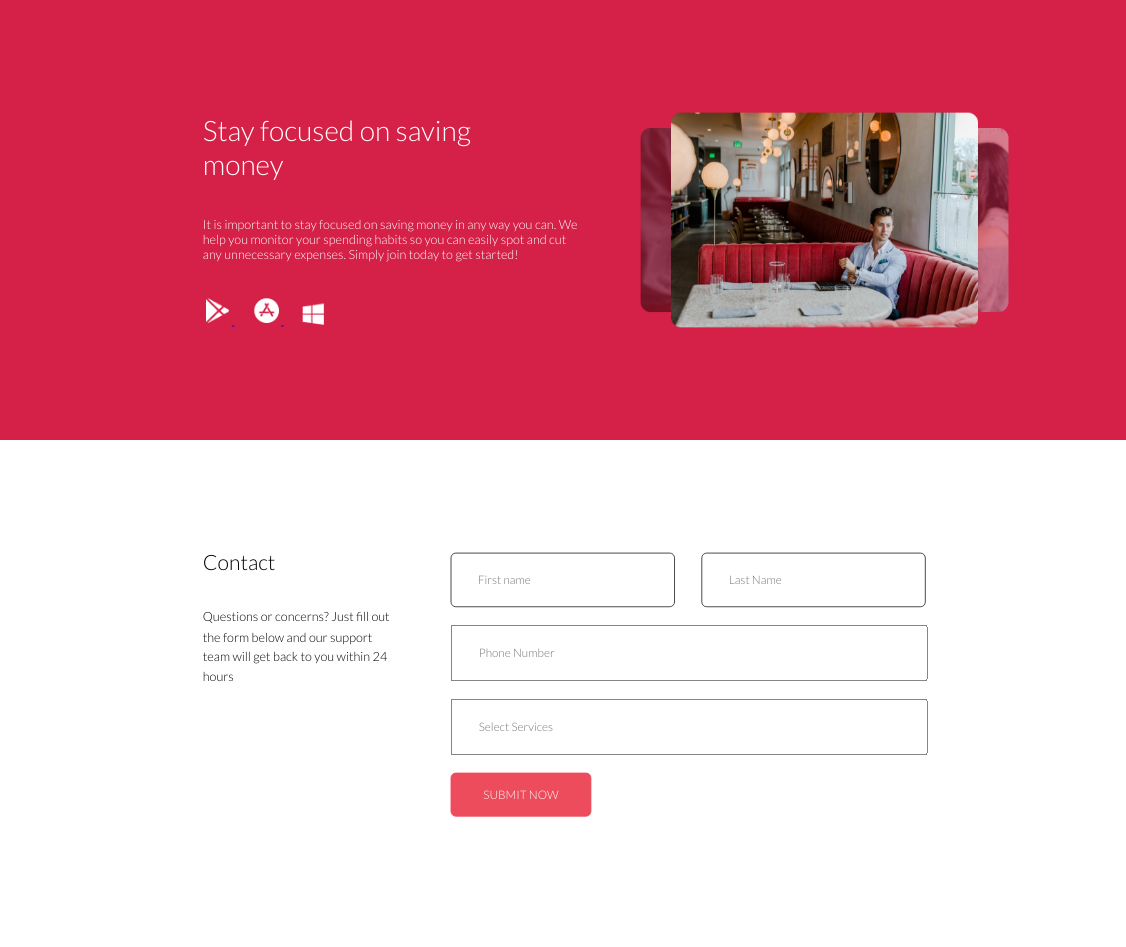
Repository: batonAnton/Cursor_lecture4
Page: index.html
These files come from the project's save history. The page is drawn as it stood at one moment and after the next save; the edit follows.
The browser window is 1280 px wide. The pictures show the whole page, at 88% of full size.

Above is the page before, as saved 2022-06-09 14:38:51.

### index.html
<!DOCTYPE html>
<html lang="en">
<head>
    <meta charset="UTF-8">
    <meta http-equiv="X-UA-Compatible" content="IE=edge">
    <meta name="viewport" content="width=device-width, initial-scale=1.0">
    <title>CloudBudget Freebie</title>
    <link rel="preconnect" href="https://fonts.googleapis.com">
    <link rel="preconnect" href="https://fonts.gstatic.com" crossorigin>
    <link href="https://fonts.googleapis.com/css2?family=Lato:wght@300&display=swap" rel="stylesheet">
    <link rel="stylesheet" href="css/style.css">
</head>
<body>
    <header>
        <div class="info-box">
            <h1>Stay focused on saving <br> money</h1>
            <p>It is important to stay focused on saving money in any way you can. We <br> help you monitor your spending habits so you can easily spot and cut <br> any unnecessary expenses. Simply join today to get started!</p>

            <div class="link_source">
                <a href="https://play.google.com/store/games?hl=uk&gl=US">
                    <img src="/image/icon/google_play.png" alt="icon-google">
                </a>
                <a href="https://www.apple.com/ua/app-store/">
                    <img src="/image/icon/apstore.png" alt="icon-apstore">
                </a>
                <a href="https://www.microsoft.com/uk-ua/software-download/windows10">
                    <img src="/image/icon/windows.png" alt="icon-windows">
                </a>
            </div>
        </div>

        <div class="big_img"></div>
    </header>

    <section>
        <div class="info-box">
            <h1>Contact</h1>
            <p>Questions or concerns? Just fill out the form below and our support <br> team will get back to you within 24 hours</p>
        </div>

        <div class="input-fields">
            <form>
                <div>
                    <input type="text" id="fname" placeholder="First name" name="fname">
                    <input type="text" id="lname" placeholder="Last Name" name="lname">
                </div>

                <input type="number" name="" id="number" placeholder="Phone Number">
                <input list="browsers" id="dropdown" placeholder="Select Services" name="service"> <br>
                <datalist id="browsers">
                    <option value="Service1">
                    <option value="Service2">
                    <option value="Service3">
                    <option value="Service4">
                    <option value="Service5">
                </datalist>
                <button>submit now</button>
              </form>
        </div>
    </section>
</body>
</html>

### css/style.css
* {
  font-family: "Lato", sans-serif;
  font-weight: 400;
  margin: 0;
  padding: 0;
  box-sizing: border-box;
}

header {
  width: 100%;
  height: 20%;
  padding: 10%;
  color: #ffffff;
  display: inline-flex;
  background-color: #d52047;
}

.info-box {
  width: 80%;
  margin-left: 10%;
}

.info-box p {
  width: 90%;
  margin: 40px 0;
  font-size: 0.9rem;
}

.link_source a {
  margin-left: -19px;
  padding: 0 20px;
}

.big_img {
  background-image: url("/image/Photo.png");
  width: 70%;
  background-repeat: no-repeat;
  background-position: center;
  background-size: contain;
}

/* Section */
section {
  color: #000000;
  display: inline-flex;
  padding: 10%;
  width: 100%;
}

section .info-box {
  width: 80%;
  color:
  #000000;
  line-height: 140%;
}

#fname,
#lname {
  width: 255px;
  height: 60px;
  border: 1px solid #333333;
  border-radius: 6px;
}



.input-fields input {
  width: 95%;
  height: 60px;
  padding: 30px;
}

form div {
  display: inline-flex;
}
form input,
button {
  margin-left: 30px;
  margin-bottom: 20px;
  /* margin: 0px 0px 30px 10px; */
}


.input-fields {
  margin-right: 100px;
}

button {
  background-color: #ed4c5c;
  color: #ffffff;
  width: 160px;
  height: 50px;
  border: 1.5px solid #ed4c5c;
  border-radius: 6px;
  text-transform: uppercase;
}

After the next save:
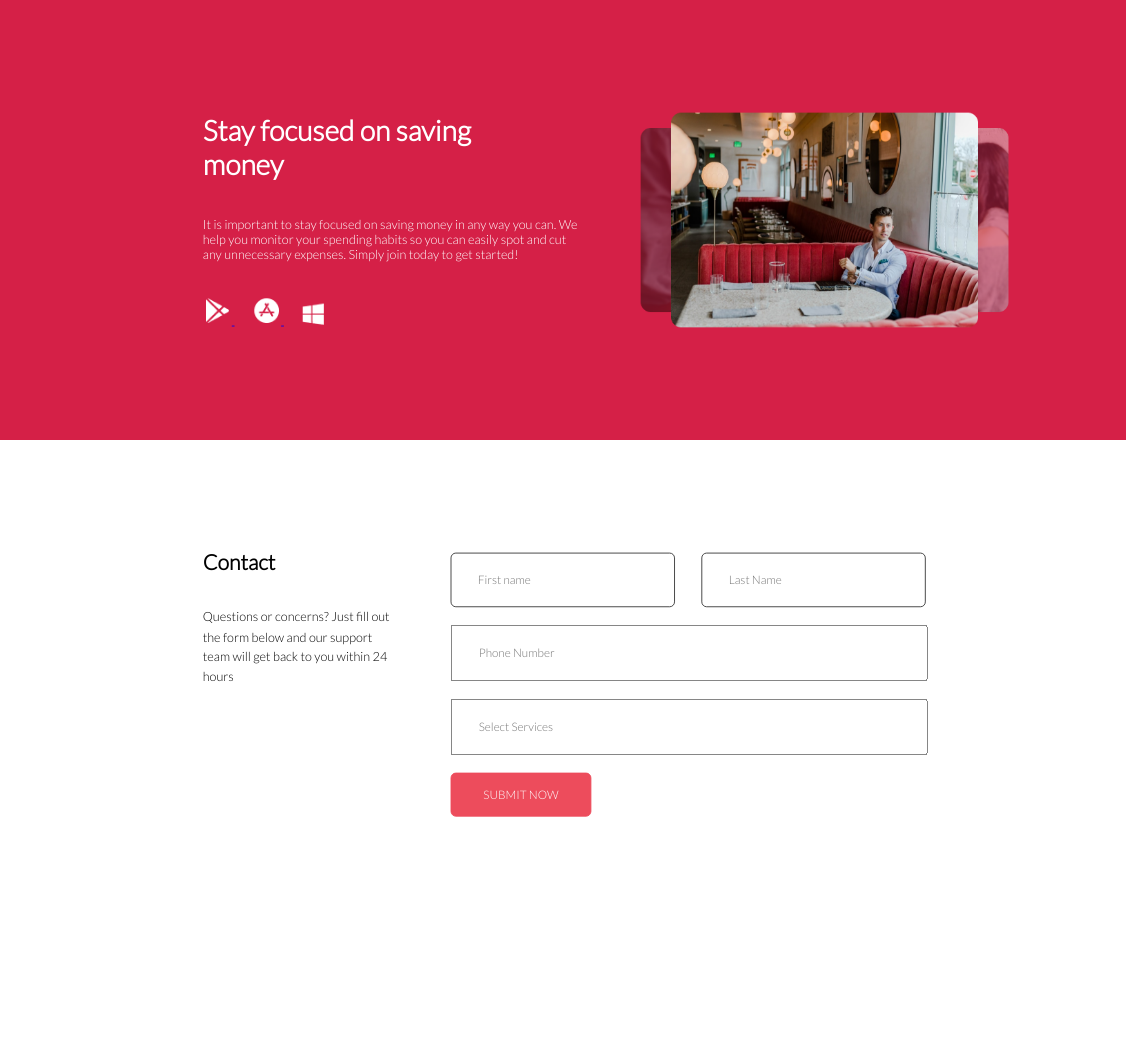
Saved 5 min 24 s later.
--- a/css/style.css
+++ b/css/style.css
@@ -4,6 +4,10 @@
   margin: 0;
   padding: 0;
   box-sizing: border-box;
+}
+
+h1{
+  font-weight: 600;
 }
 
 header {
@@ -45,6 +49,7 @@
   display: inline-flex;
   padding: 10%;
   width: 100%;
+  margin-bottom: 120px;
 }
 
 section .info-box {
@@ -52,6 +57,10 @@
   color:
   #000000;
   line-height: 140%;
+}
+
+section .info-box h1{
+  font-weight: 600;
 }
 
 #fname,
